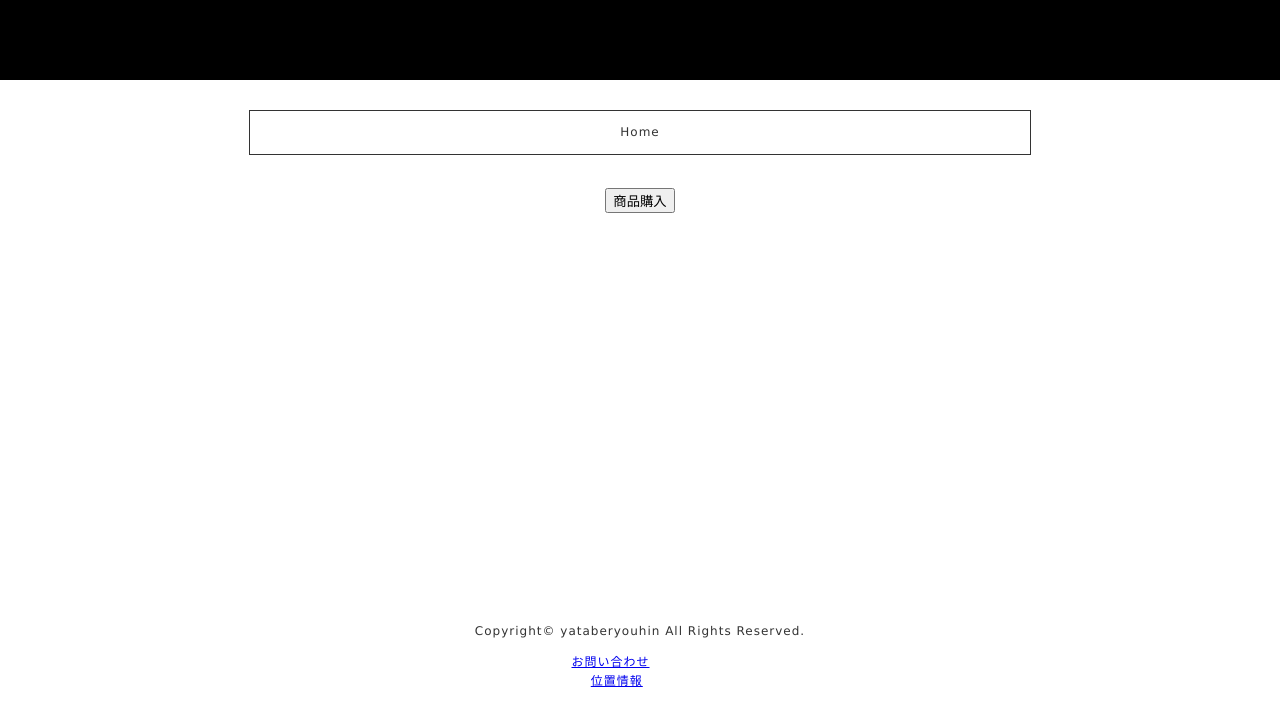
Repository: kanav0208/test
Page: http://localhost/ecsite/
The author's editor kept a copy of each file at every save. The page is drawn from the files as they stood at one save, then again after the next save.
The browser window is 1280 px wide. The pictures show the whole page.
The page is served by Tomcat 9.

Above is the page before, as saved 2018-02-20 02:27:13.

After the next save:
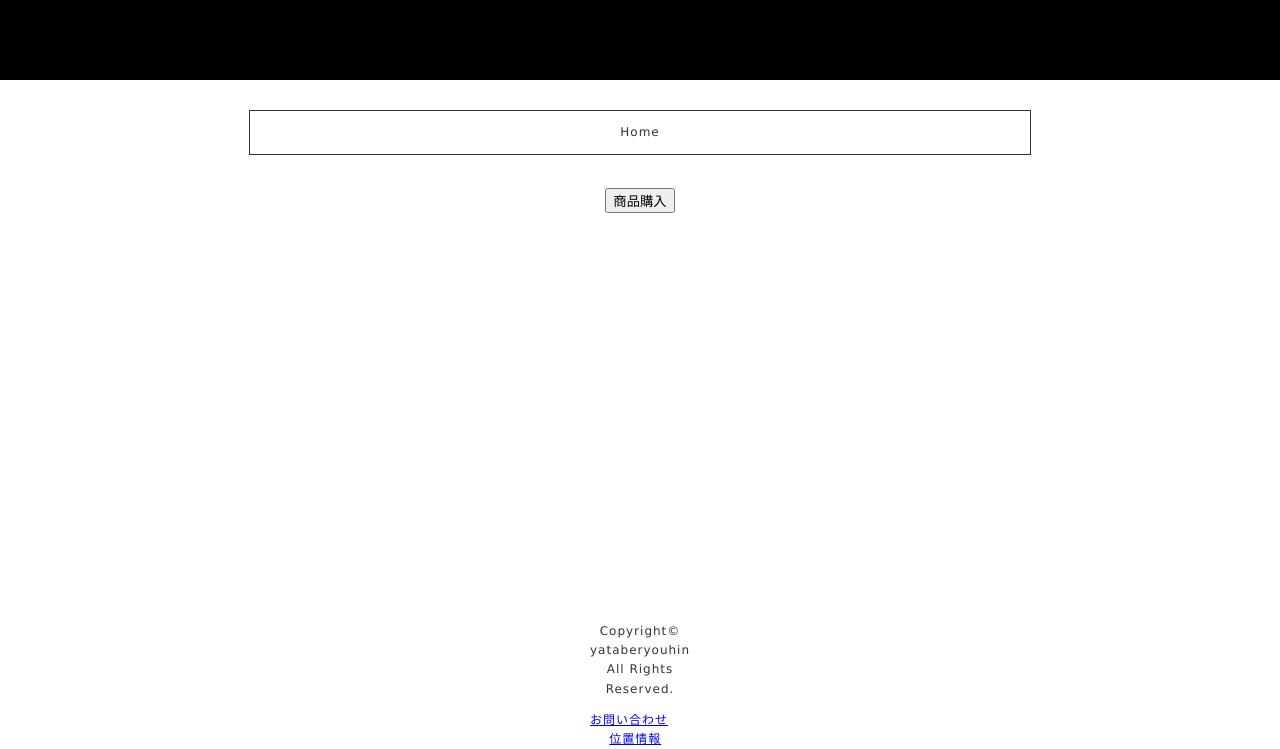
Saved 79 s later.
--- a/ecsite/WebContent/home.jsp
+++ b/ecsite/WebContent/home.jsp
@@ -51,8 +51,8 @@
 
 		#footer {
 	clear:both;
-	width: 1200px;
-	height:50px;
+	width: 100px;
+	height:80px;
 	margin:0 auto;
 	text-align:center;
 }
